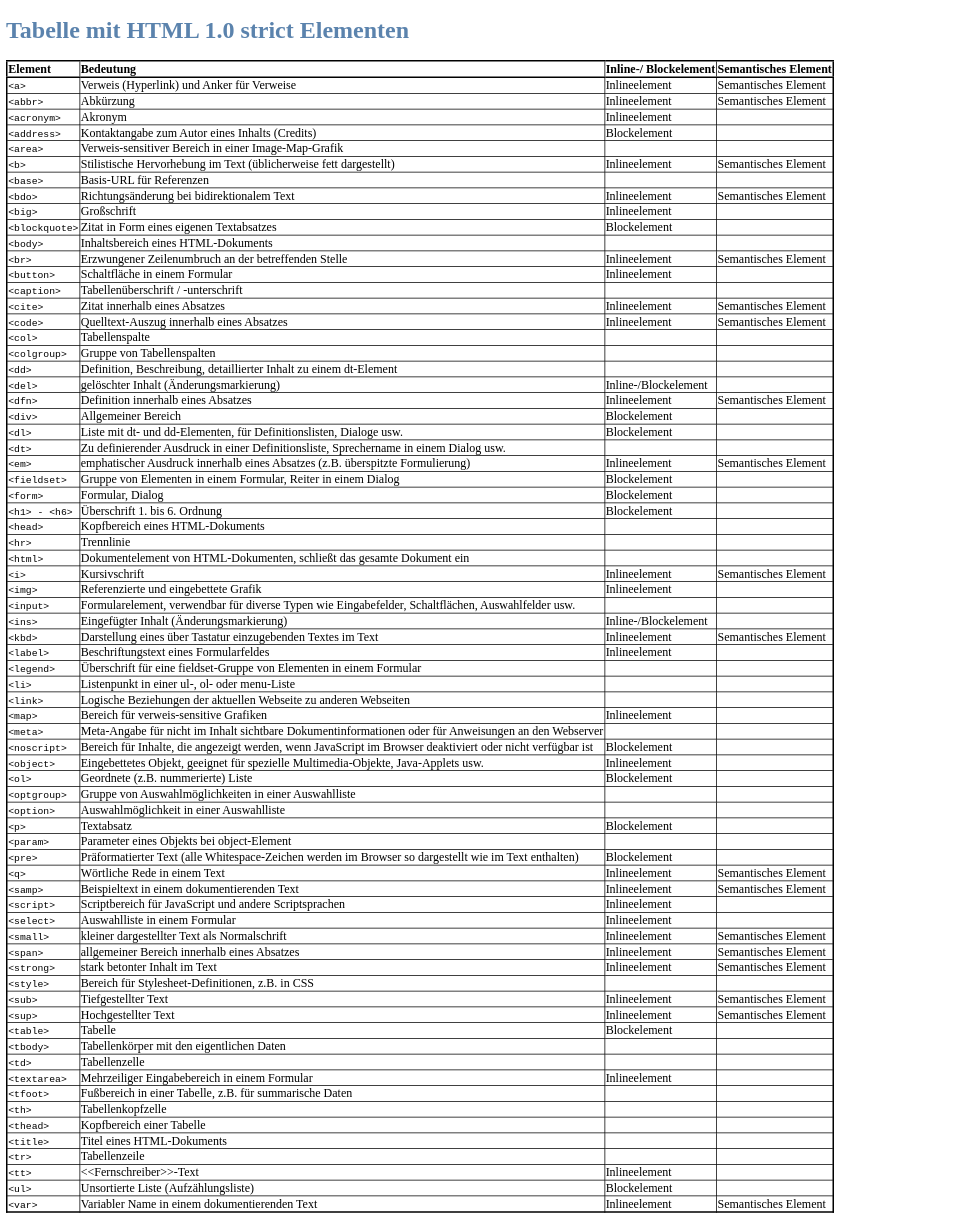
Repository: pLurchi/MyWebengineeringRepo
Page: RemoteSystemsTempFiles/HA-Kapitel06/WebContent/index.html
These files come from the project's save history. The page is drawn as it stood at one moment and after the next save; the edit follows.
The browser window is 1280 px wide. The pictures show the whole page, at 75% of full size.

Above is the page before, as saved 2013-11-30 09:35:36.

After the next save:
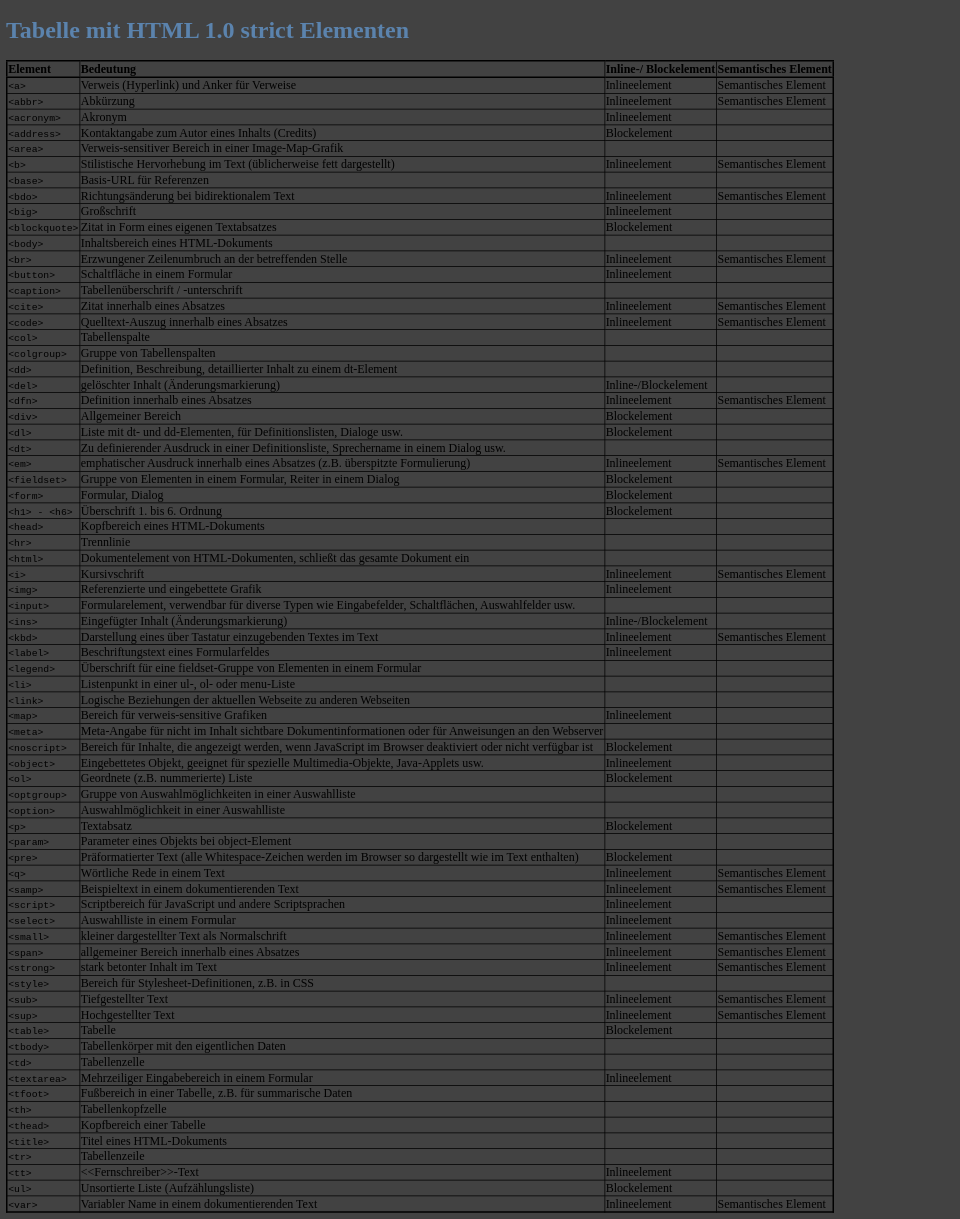
Saved 3 min 53 s later.
--- a/RemoteSystemsTempFiles/HA-Kapitel06/WebContent/CSS/stylesheet.css
+++ b/RemoteSystemsTempFiles/HA-Kapitel06/WebContent/CSS/stylesheet.css
@@ -2,7 +2,9 @@
 
 /*Main Stylesheet of Web Eng G1 */
 
-
+body {
+	background-color: #424242;
+}
 
 h1 {
 	color: #5B83AD;
